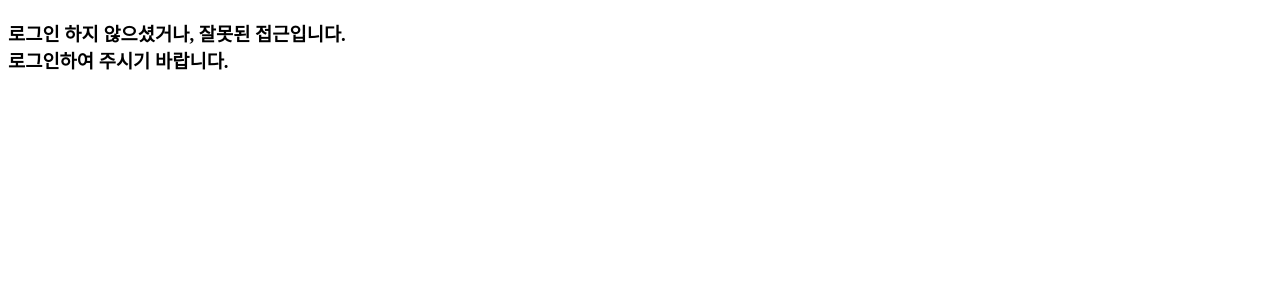
Repository: Gabintree/JDBC2019
Page: http://localhost/Jsp20190510_start/20190524_CookieSessionChk.jsp
These files come from the project's save history. The page is drawn as it stood at one moment and after the next save; the edit follows.
The browser window is 1280 px wide. The pictures show the whole page.
The page is served by Tomcat 9.

Above is the page before, as saved 2019-05-24 05:49:48.

After the next save:
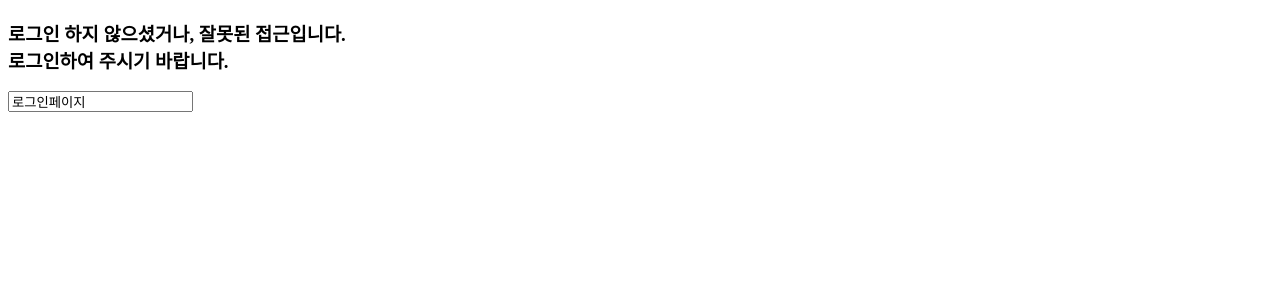
Saved 24 s later.
--- a/Jsp20190510_start/WebContent/20190524_CookieSessionChk.jsp
+++ b/Jsp20190510_start/WebContent/20190524_CookieSessionChk.jsp
@@ -41,7 +41,9 @@
 %>
  <h3>로그인 하지 않으셨거나, 잘못된 접근입니다.<br>
  	로그인하여 주시기 바랍니다. </h3>
-	<form action = "20190524_CookieSessionLogin.jsp"  method ="post"></form>
+	<form action = "20190524_CookieSessionLogin.jsp"  method ="post">
+		<input type = " submit" value="로그인페이지">
+	</form>
 <%
 
 	}
